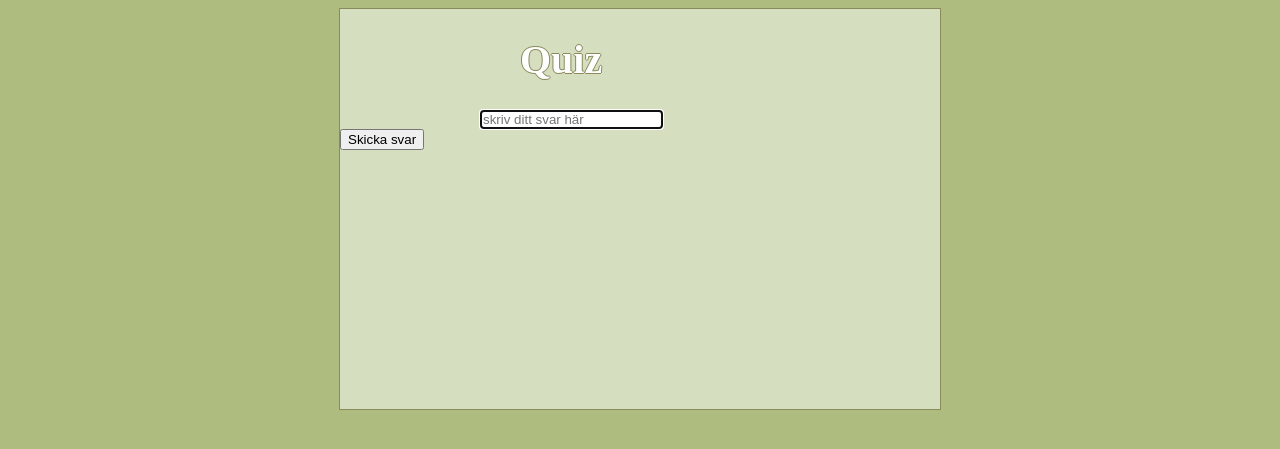
Repository: JuliaSivartsson/1dv403-jsigc09-laborationer
Page: 4-thequiz/index.html
The author's editor kept a record of every edit. The page is drawn from the files as they stood at one moment, then again after the next edit.
The browser window is 1280 px wide. The pictures show the whole page.
The page's requests for data from a server got no answer.

Above is the page before.

### 4-thequiz/index.html
<!DOCTYPE html>
<html>
    <head>
        <meta charset="UTF-8" />
        <link rel="stylesheet" type="text/css" href="css/style.css">
        <title>Quiz</title>
    </head>
    <body>
        <div id="content">
        <h1>Quiz</h1>
            <form>
            <input typw="input" id="svar" placeholder="skriv ditt svar här"></textarea>

            </form>
                        <input type="button" id="answerbutton" value="Skicka svar"/>
            </div>
    <script src="js/script.js"></script>

    </body>
</html>

### 4-thequiz/css/style.css
body{
    background-color: #AEBC80;
       font-family: serif;
       color: #8A8A5C;
}

h1{
   color: #fff;
   margin-left: 180px;
   font-size: 40px;
    text-shadow: -1px 0 #8A8A5C, 0 1px #8A8A5C, 1px 0 #8A8A5C, 0 -1px #8A8A5C;
}

#content{
    width: 600px;
    height: 400px;
    margin: 0 auto;
    border: 1px solid #8A8A5C;
    background-color: #D6DEC0;

}

#text{
    width: 520px;
    height: 220px;
    background-color: #fff;
    margin: 10px 20px 0 40px;
}

#text p{
    font-size: 15px;
    margin: 0 30px;
    padding-top: 10px;
}

#viewmessages{
    background-color: #D6DEC0;
    padding-left: 10px;
}

#svar{
    border: 1px solid #000;
    position: relative;
    margin-left: 140px;
}

footer{
    position: relative;
    top: -330px;
    width: 500px;
    height: 30px;
    margin: 0 auto;
}

footer p{
    font-size: 12px;
    font-style: italic;
    text-align: center;
}

.right{
    float: right;
    margin-right: 10px;
}

#answerbutton{

}

.popupWindow{
    text-align: center;
    height: 50px;
}

.wrongAnswer{
    margin: 0 auto;
    width: 200px;
    margin-bottom: 10px;
    text-align: center;
    color: #fff;
    background-color: #800000;
}

.scoreDiv{
    text-align: center;
}

.awesome{
    text-align: center;
    background-color: #3D991F;
    width: 500px;
    margin: 0 auto;
    margin: 10px;
}

### 4-thequiz/js/script.js
"use strict";
window.onload = function(){
    new Quest();
};


function Quest(){
    this.nextURL;
    this.contentDiv = document.getElementById("content");
    this.questionArray;
    this.createHTML();
    this.init();

}

Quest.prototype.createHTML = function(){
        var div = document.createElement("div");
        div.id = "question";
        div.className = "popupWindow";
        this.contentDiv.appendChild(div);
};

Quest.prototype.init = function (){
    var count = 1;
    this.questionArray = [];
    document.getElementById("svar").focus();
    this.getQuestion("http://vhost3.lnu.se:20080/question/1", count);
};

Quest.prototype.getScore = function(){

    var div = document.createElement("div");
    this.contentDiv.appendChild(div);
    div.className = "scoreDiv";

    var awesomeDiv = document.createElement("div");
    awesomeDiv.className = "awesome";


    var number = 0;
    var score = 0;
    var arrayLength = this.questionArray.length;

        this.questionArray.forEach(function(entry){
            number++;
            div.innerHTML += div.innerHTML = "Fråga: "+number+ ", antal gissningar: "+entry.score+"</br>";
            score += entry.score;
        });

    if(score == arrayLength){
        awesomeDiv.innerHTML = "Du klarade alla frågor på ett försök! Awesome!";
        div.appendChild(awesomeDiv);
    }

    var button = document.getElementById("answerbutton");
    button.onclick = function(){
      return false;
    };


};

Quest.prototype.getQuestion = function (url, count){
    // Här hämtar vi fråga från servern samt skickar nextURL till sendQuestion()
    var that = this;
        var xhr = new XMLHttpRequest();

        xhr.onreadystatechange = function (){

        //Indikerar att vi har fått ett svar
        if(xhr.readyState === 4){
            if(xhr.status == 200){

                var div = document.getElementById("question");

                div.innerHTML = '';

                var question = JSON.parse(xhr.responseText);
                that.popup("Fråga: " + question.question);
                console.log(question.id);

                //that.addQuestion(question.question);
                var answer = document.getElementById("svar");
                var button = document.getElementById("answerbutton");
                answer.onkeypress = function(e){
                    if(e.keyCode == 13 && answer.value !== ""){
                    e.preventDefault();
                    that.sendQuestion(answer.value, question.nextURL, url, count);
                    }
                };
                button.onclick = function(){
                    if(answer.value === ""){
                        return false;
                    }

                       that.sendQuestion(answer.value, question.nextURL, url, count);
                };
            }
            else{
                console.log("Läsfel, status:"+xhr.status);
            }
        }

    };
      xhr.open("GET", url, true);
      xhr.send(null);
};

Quest.prototype.sendQuestion = function (answerInput, url, questionUrl, count){
    // Här skickar vi svaret till servern och skickar tillbaka ny fråga till getQuestion()
    var that = this;
        var xhr1 = new XMLHttpRequest();
        xhr1.onreadystatechange = function (){

            //Indikerar att vi har fått ett svar
            if(xhr1.readyState === 4){

            var answer = JSON.parse(xhr1.responseText);

                if(answer.message == "Correct answer!"){
                    var div = document.getElementById("wrongAnswer");
                if(div != null){
                    console.log(this.contentDiv);
                    this.contentDiv.removeChild(div);
                }
                    that.saveScore(url, count);
                    count = 1;

                    if(answer.nextURL !== undefined){
                    that.getQuestion(answer.nextURL, count);
                    }
                    else{

                        that.popup("Grattis! Du har klarat alla frågor!");
                        that.getScore();
                    }
                }
                else if(answer.message === "Wrong answer! :("){
                    count++;

                    that.popupMessage(answer.message +" Try again!");
                    that.getQuestion(questionUrl, count);
                }
            }
        };

        var sendAnswer = JSON.stringify({answer: answerInput});
        xhr1.open("POST", url, true);
        xhr1.setRequestHeader('Content-Type', 'application/json');
        xhr1.send(sendAnswer);
};


Quest.prototype.saveScore = function(url, score){
    this.questionArray.push({
       url: url,
       score: score
    });

};

Quest.prototype.popup = function(text){
      // Popup meddelande

        var div = document.getElementById("question");

        div.innerHTML = text;
};

Quest.prototype.popupMessage = function(text){
      // Popup meddelande

        var div = document.createElement("div");
        div.id = "wrongAnswer";
        div.className ="wrongAnswer";
        div.innerHTML = text;

        this.contentDiv.appendChild(div);
};

After the next edit:
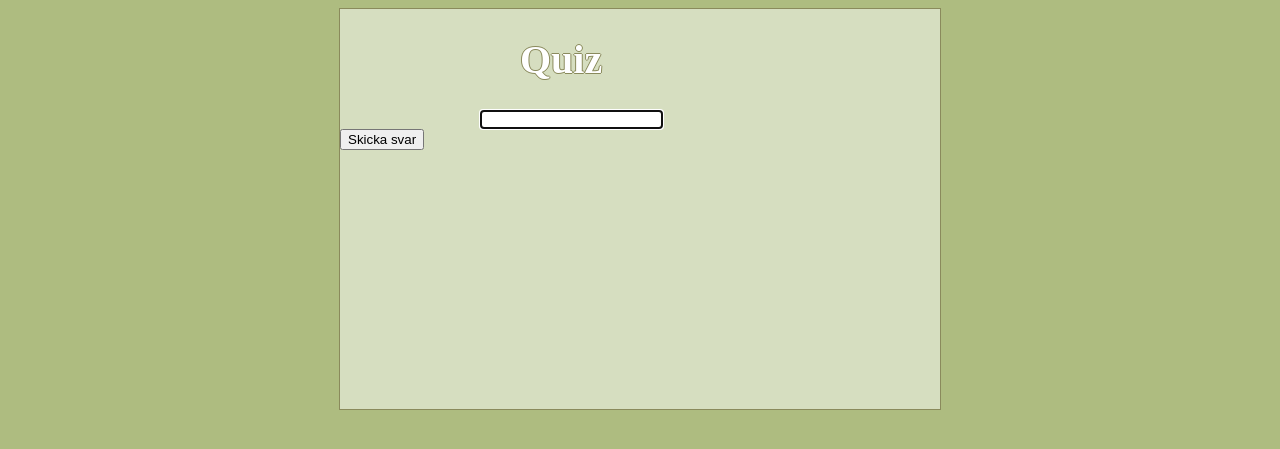
The edit:
--- a/4-thequiz/index.html
+++ b/4-thequiz/index.html
@@ -9,7 +9,7 @@
         <div id="content">
         <h1>Quiz</h1>
             <form>
-            <input typw="input" id="svar" placeholder="skriv ditt svar här"></textarea>
+            <input type="input" id="svar"></textarea>
 
             </form>
                         <input type="button" id="answerbutton" value="Skicka svar"/>
